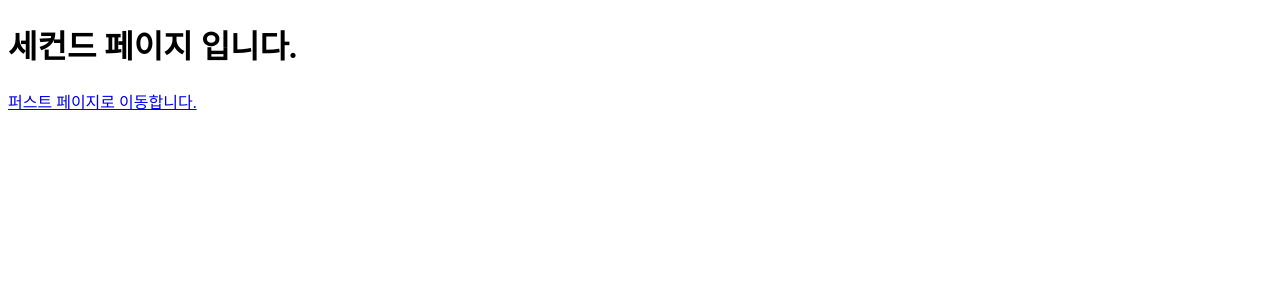
Repository: YooMyeongSeon/JSP_Servlet_Study
Page: http://localhost/web03/Ex_SecondPage.jsp
The author's editor kept a copy of each file at every save. The page is drawn from the files as they stood at one save, then again after the next save.
The browser window is 1280 px wide. The pictures show the whole page.
The page is served by Tomcat 9.

Above is the page before, as saved 2022-06-08 03:40:39.

### web03/WebContent/Ex_SecondPage.jsp
<%@ page language="java" contentType="text/html; charset=UTF-8"
    pageEncoding="UTF-8"%>
<!DOCTYPE html>
<html>
<head>
<meta charset="UTF-8">
<title>Insert title here</title>
</head>
<body>
	<h1>세컨드 페이지 입니다.</h1>
	<a href="./Ex_FistPage.jsp">퍼스트 페이지로 이동합니다.</a><br>
</body>
</html>

### web03/WebContent/footer/footer.jsp
<%@ page language="java" contentType="text/html; charset=UTF-8"
    pageEncoding="UTF-8"%>
<hr>
<footer>
		All right Copyright 1997-2022 Green Inc. all right reserved<br>
</footer>

After the next save:
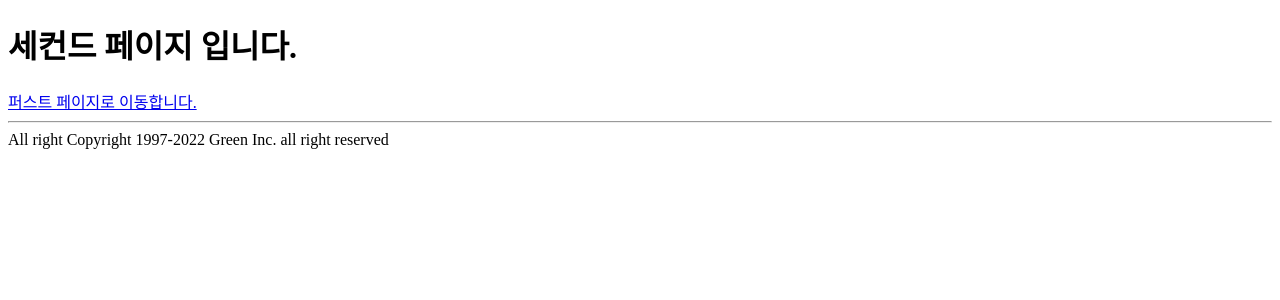
Saved 68 s later.
--- a/web03/WebContent/Ex_SecondPage.jsp
+++ b/web03/WebContent/Ex_SecondPage.jsp
@@ -9,5 +9,6 @@
 <body>
 	<h1>세컨드 페이지 입니다.</h1>
 	<a href="./Ex_FistPage.jsp">퍼스트 페이지로 이동합니다.</a><br>
+<%@ include file="./footer/footer.jsp"%>
 </body>
 </html>
